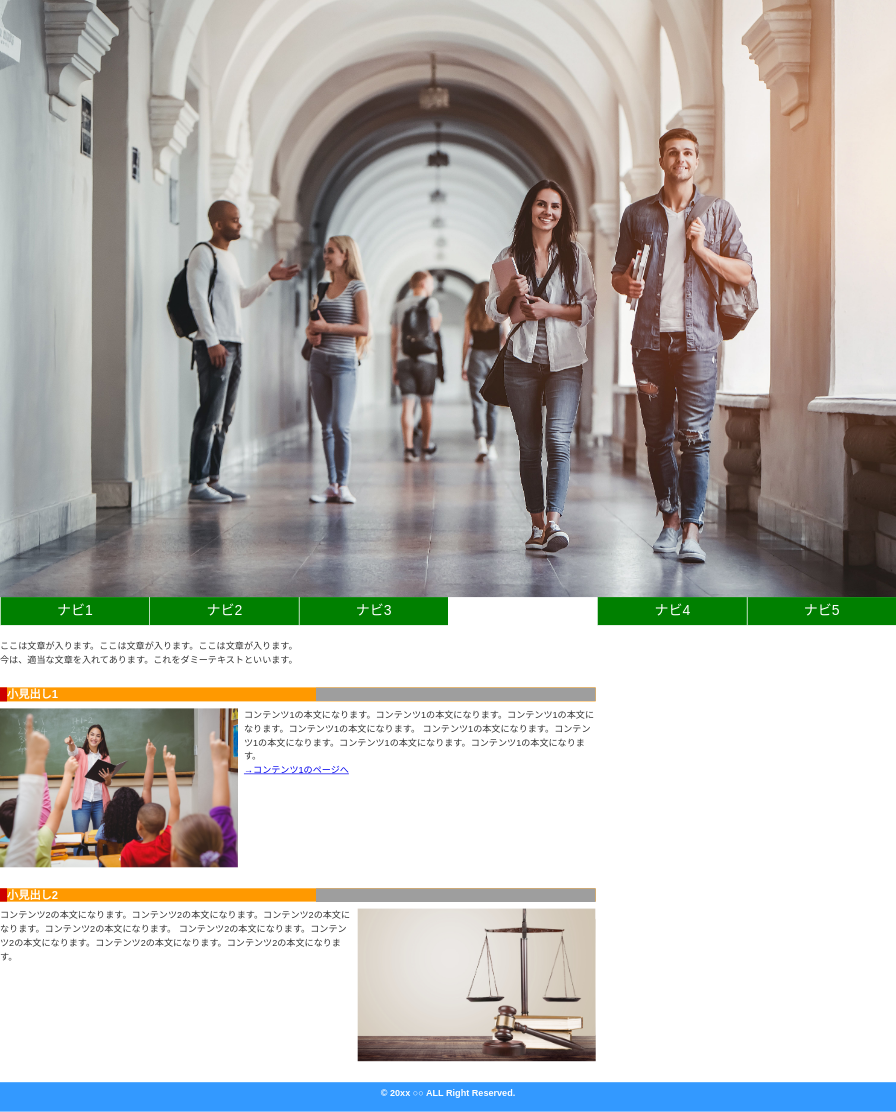
Repository: shirataku0805/samurai_HTML_CSS
Page: samurai/home.html
The author's editor kept a record of every edit. The page is drawn from the files as they stood at one moment, then again after the next edit.
The browser window is 1280 px wide. The pictures show the whole page, at 70% of full size.
Pictures or frames that could not be fetched are drawn as grey boxes.

Above is the page before.

After the next edit:
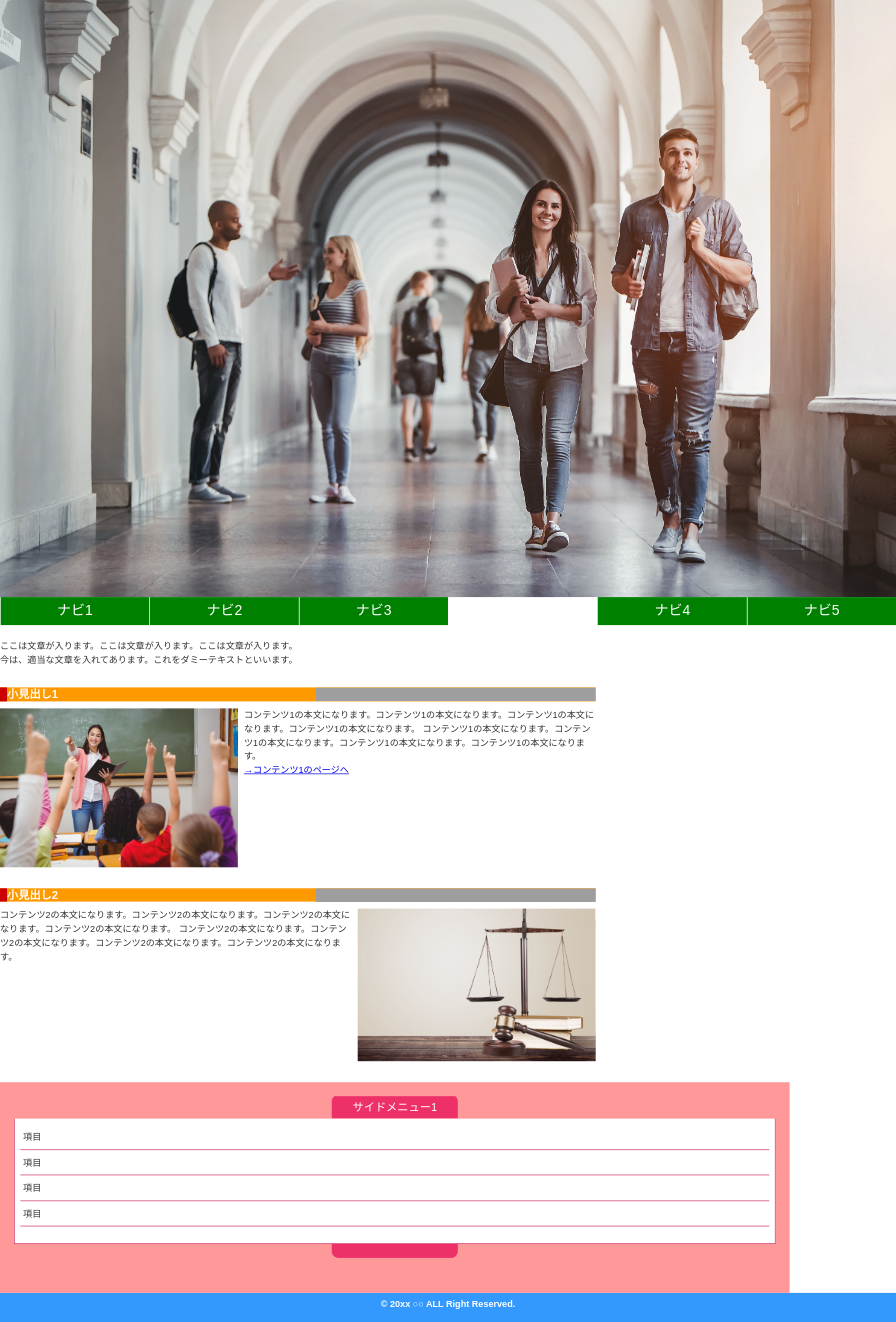
The edit:
--- a/samurai/home.html
+++ b/samurai/home.html
@@ -43,6 +43,19 @@
         </div>
         </div>
       </div>
+      <div id="side">
+        <div class="box">
+          <h2>サイドメニュー1</h2>
+          <div class="boxBody">
+            <ul>
+              <li>項目</li>
+              <li>項目</li>
+              <li>項目</li>
+              <li>項目</li>
+            </ul>
+          </div>
+        </div>
+      </div>
     </div>
     <div id="footer">
       <p>&copy; 20xx ○○ ALL Right Reserved.</p>
